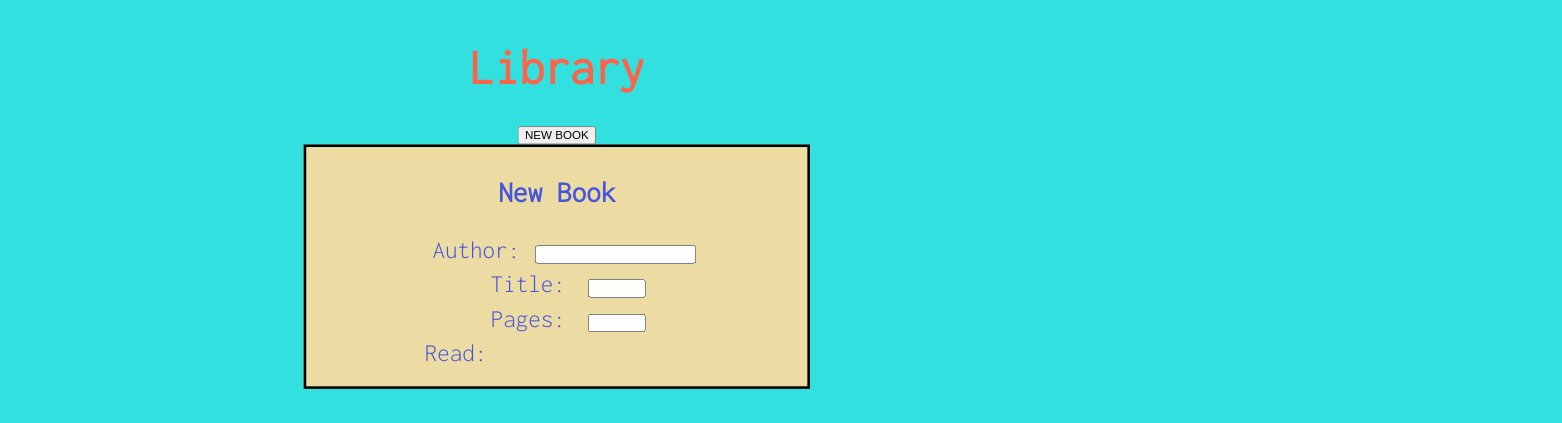
Repository: 0101chaitanya/Library
Page: index.html
The author's editor kept a copy of each file at every save. The page is drawn from the files as they stood at one save, then again after the next save.
The browser window is 1280 px wide. The page is 1280 px wide, then 1795 px, then 1280 px, so the pictures cover 1795 px, including what lies to the right of the window. The pictures show the whole page, at 87% of full size.

Above is the page before, as saved 2021-06-02 14:26:43.

After the next save:
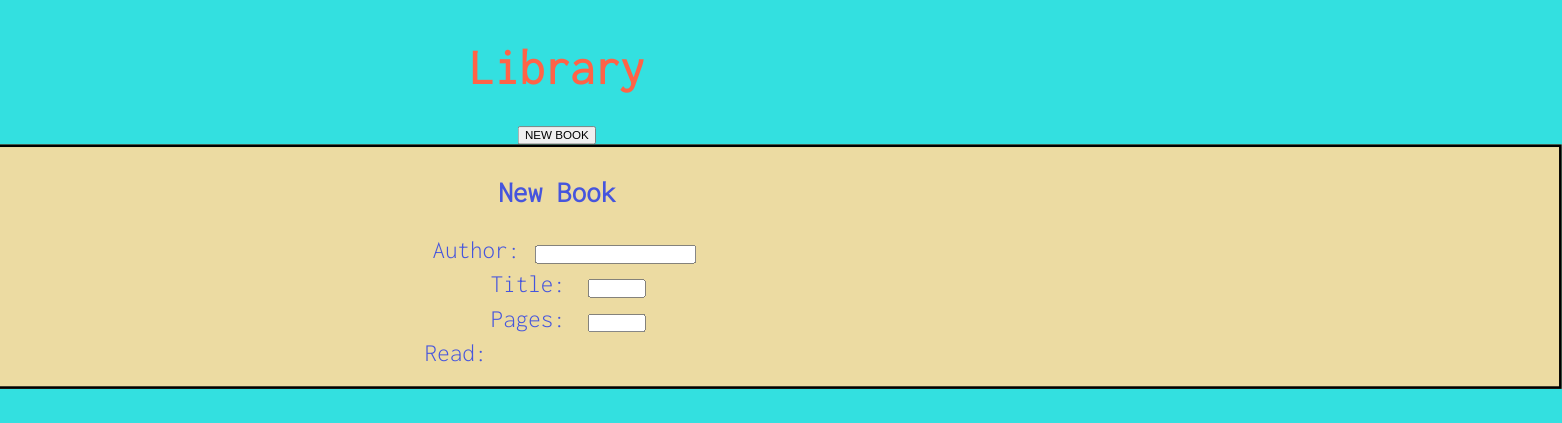
Saved 23 s later.
--- a/styles.css
+++ b/styles.css
@@ -24,7 +24,7 @@
       justify-content: center;
       background-color: rgb(236, 219, 162);
       height: fit-content;
-      width: 20rem;
+      width: 80rem;
       border-color: black;
       border-style: solid;
   }

After the 3 saves that followed:
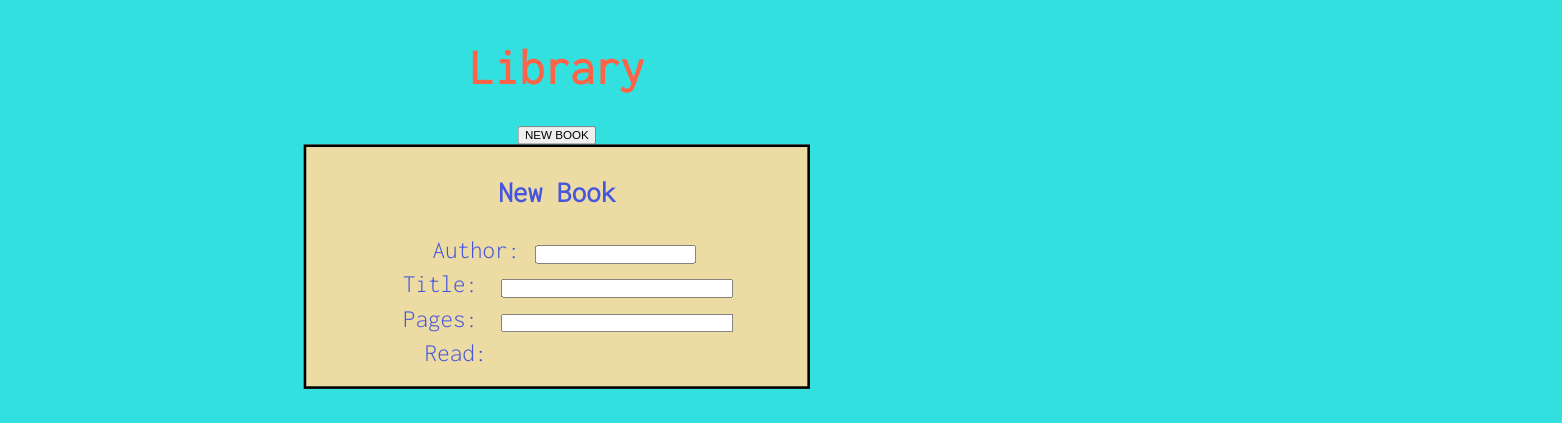
The 3 saves are shown as one change because they came seconds apart.
The last was saved 20 s later.
--- a/styles.css
+++ b/styles.css
@@ -24,7 +24,7 @@
       justify-content: center;
       background-color: rgb(236, 219, 162);
       height: fit-content;
-      width: 80rem;
+      width: 20rem;
       border-color: black;
       border-style: solid;
   }
@@ -40,7 +40,7 @@
       position: relative;
       left: 0.9rem;
       margin-bottom: 0.3rem;
-      width: 2rem
+      width: 9rem
   }
 
   #readInput {
